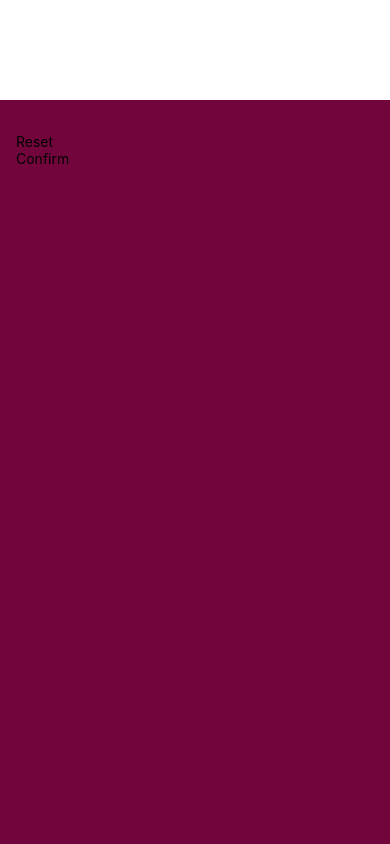
Repository: cobalt88/miniGameApp
Screen: /
The author's editor kept a copy of each file at every save. The screen is drawn from the files as they stood at one save, then again after the next save.
The app was drawn by React Native's web renderer in a window 390 px wide. The project was rebuilt for these pictures with package versions that can differ from the ones it lists, and the page was loaded fresh each time.

Above is the screen before, as saved 2023-02-02 16:11:14.

After the next save:
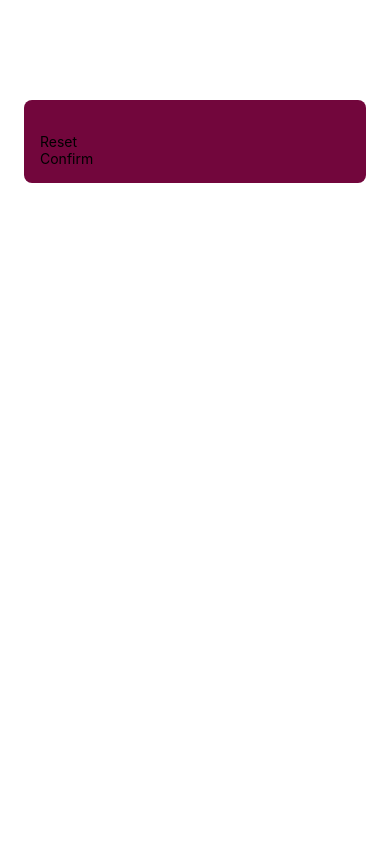
Saved 2 min 38 s later.
--- a/screens/StartGameScreen.js
+++ b/screens/StartGameScreen.js
@@ -15,7 +15,8 @@ export default StartGameScreen;
 
 const styles = StyleSheet.create({
   inputContainer: {
-    flex: 1,
+    marginHorizontal: 24,
+    borderRadius: 8,
     padding: 16,
     marginTop: 100,
     backgroundColor: "#72063c",
